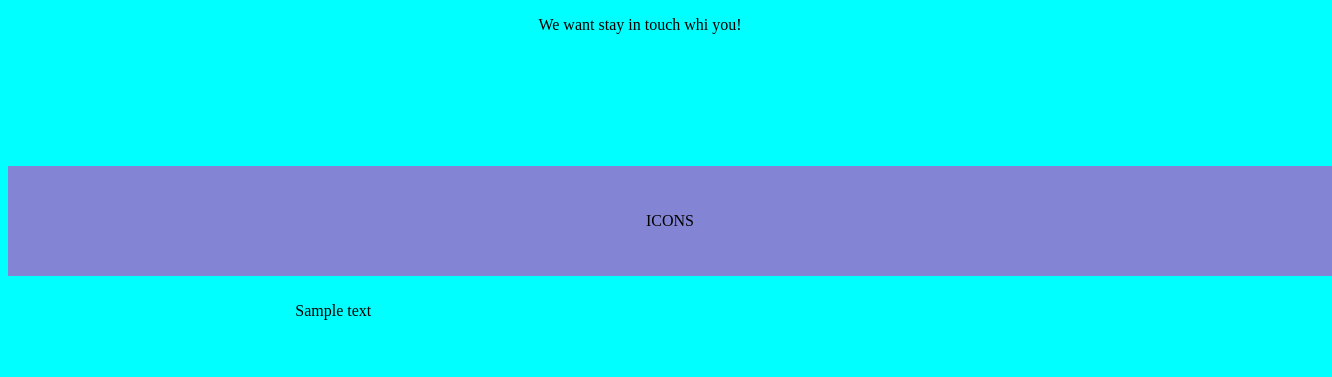
Repository: JhonMercedes/profile
Page: index.html
An editor plug-in stored every save of this project. The page is shown before and after the next save, followed by the edit.
The browser window is 1280 px wide. The page is 1332 px wide, so the pictures cover 1332 px, including what lies to the right of the window. The pictures show the whole page.

Above is the page before, as saved 2021-12-08 02:09:06.

### index.html
<!DOCTYPE html>
<html lang="en">
<head>
    <meta charset="UTF-8">
    <meta http-equiv="X-UA-Compatible" content="IE=edge">
    <meta name="viewport" content="width=device-width, initial-scale=1.0">
    <link rel="stylesheet" href="style.css">
    <title>J.A</title>
</head>
<body>

    <div id="container">
        <p>We want stay in touch whi you!</p>
    </div>
    <div id="container2">
        <p>ICONS</p>
        <i class="fab fa-github"></i>
    </div>
    <div id="container3">
        <p>Sample text</p>
    </div>

</body>
</html>

### style.css
body {
    background: aqua;
}

#container {
    width: 100%;
    height: 150px;
    text-align: center;
}

#container2 {
    background-color: rgb(132, 132, 213);
    width: 100%;
    padding: 30px;
    text-align: center;
}

#container3 {
    text-align: center;
    width: 600px;
    padding: 10px 2%;

}

After the next save:
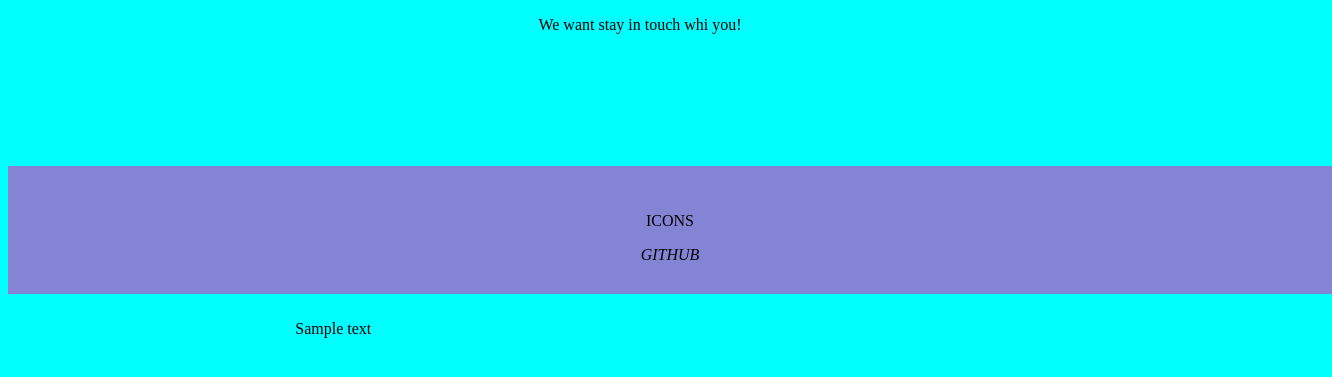
Saved 21 s later.
--- a/index.html
+++ b/index.html
@@ -14,7 +14,7 @@
     </div>
     <div id="container2">
         <p>ICONS</p>
-        <i class="fab fa-github"></i>
+        <i class="fab fa-github">GITHUB</i>
     </div>
     <div id="container3">
         <p>Sample text</p>
